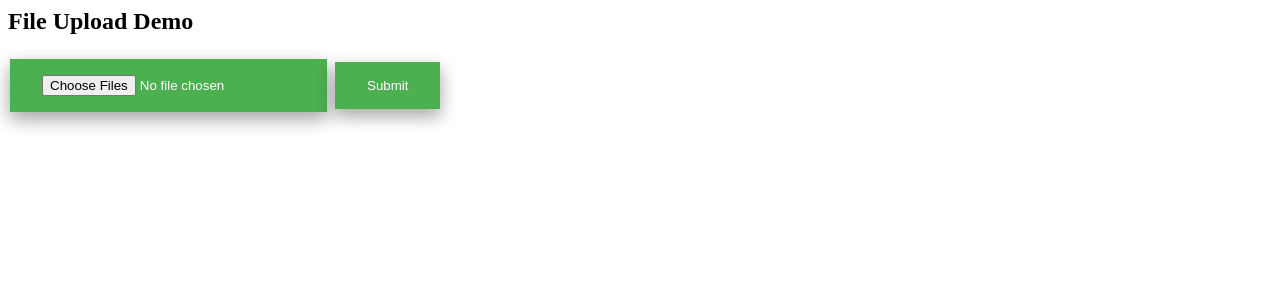
Repository: rakeshgowdan/Servlets-Jsp
Page: http://localhost/FileUploadDemo/
These files come from the project's save history. The page is drawn as it stood at one moment and after the next save; the edit follows.
The browser window is 1280 px wide. The pictures show the whole page.
The page is served by Tomcat 9.

Above is the page before, as saved 2019-02-04 15:41:08.

After the next save:
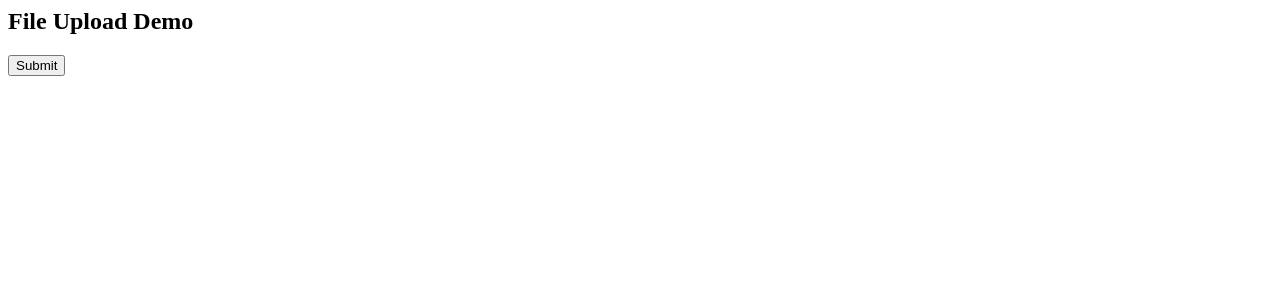
Saved 2 min 7 s later.
--- a/FileUploadDemo/src/main/webapp/index.jsp
+++ b/FileUploadDemo/src/main/webapp/index.jsp
@@ -3,17 +3,17 @@
 <head>
 <h2>File Upload Demo</h2>
 <style>
-input {
-   background-color: #4CAF50;
-  border: none;
-  color: white;
-  padding: 16px 32px;
-  text-decoration: none;
-  margin: 4px 2px;
-  cursor: pointer;
-
-   box-shadow: 0 8px 16px 0 rgba(0,0,0,0.2), 0 6px 20px 0 rgba(0,0,0,0.19);
-}
+input[type=file] {
+    position: absolute;
+    width: 100%;
+    height: 100%;
+    top: 0;
+    left: 0;
+    right: 0;
+    bottom: 0;
+    opacity: 0;
+    cursor: pointer;
+  }
 
 </style>
 </head>
